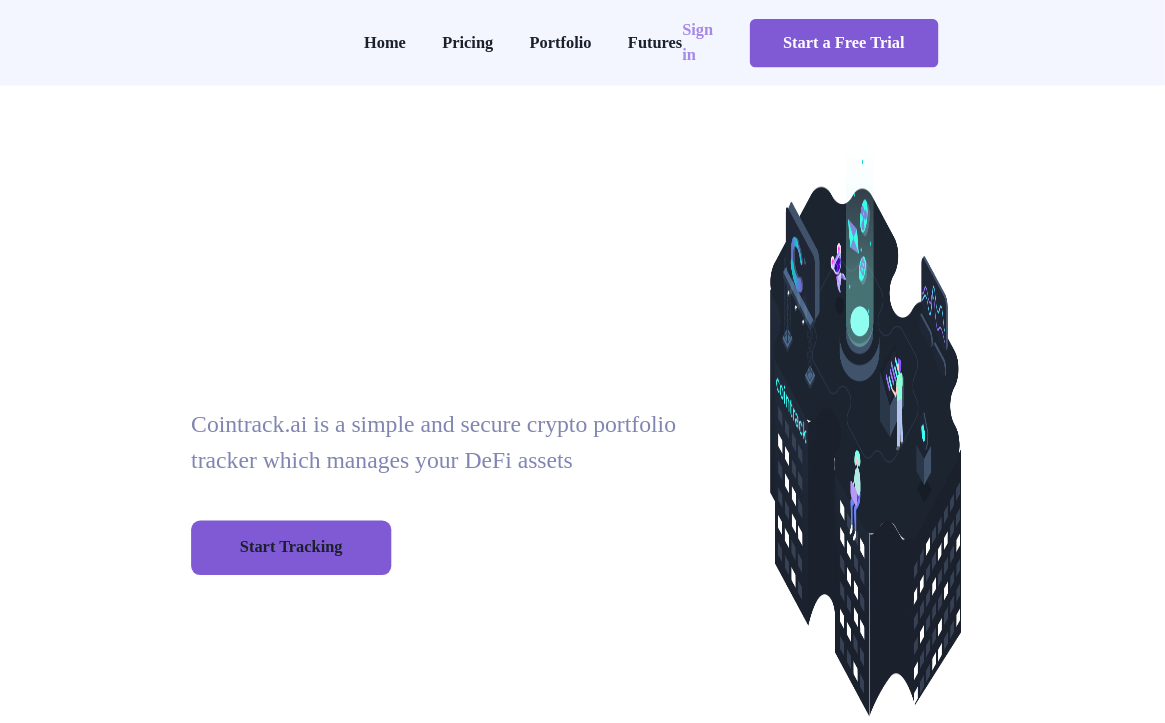
Repository: lilit9898/Cointrack
Page: /
The author's editor kept a copy of each file at every save. The page is drawn from the files as they stood at one save, then again after a run of saves.
The browser window is 1280 px wide. The pictures show the whole page, at 91% of full size.
The page's requests for data from a server got no answer. The project was rebuilt for these pictures with package versions that can differ from the ones it lists, and the page was loaded fresh each time. No one was signed in, and anything a server would have sent is missing.

Above is the page before, as saved 2022-10-04 18:26:47.

### src/index.tsx
import React from 'react';
import ReactDOM from 'react-dom/client';
import './index.css';
import App from './root/App';
import reportWebVitals from './reportWebVitals';
import theme from './theme/theme';
import { Provider } from 'react-redux';
import store from './store/store';

const root = ReactDOM.createRoot(
  document.getElementById('root') as HTMLElement,
);
root.render(
  <Provider store={store}>
    <App />
  </Provider>,
);

// If you want to start measuring performance in your app, pass a function
// to log results (for example: reportWebVitals(console.log))
// or send to an analytics endpoint. Learn more: https://bit.ly/CRA-vitals
reportWebVitals();

### src/index.css
body {
  margin: 0;
  font-family: -apple-system, BlinkMacSystemFont, 'Segoe UI', 'Roboto', 'Oxygen',
    'Ubuntu', 'Cantarell', 'Fira Sans', 'Droid Sans', 'Helvetica Neue',
    sans-serif;
  -webkit-font-smoothing: antialiased;
  -moz-osx-font-smoothing: grayscale;
}

code {
  font-family: source-code-pro, Menlo, Monaco, Consolas, 'Courier New',
    monospace;
}
* {
  box-sizing: border-box;
  padding: 0;
  margin: 0;
}

body {
  background-color: #1a202c;
}

### src/root/App.tsx
import {
  Box,
  ChakraProvider,
  color,
  ColorModeScript,
  useColorMode,
} from '@chakra-ui/react';
import theme from '../theme/theme';
import HomePage from '../pages/HomePage';

function App() {
  const { colorMode, toggleColorMode } = useColorMode();
  return (
    <ChakraProvider>
      <ColorModeScript initialColorMode={theme.colorConfig.initialColorMode} />
      <Box className="App">
        <HomePage />
      </Box>
    </ChakraProvider>
  );
}

export default App;

### src/store/store.ts
import { configureStore, Store } from '@reduxjs/toolkit';
import CoinCardSlice from '../store/coinSlices';
import type { TypedUseSelectorHook } from 'react-redux';
import { useDispatch, useSelector } from 'react-redux';

const store = configureStore({
  reducer: {
    coincard: CoinCardSlice,
  },
});

type AppDispatch = typeof store.dispatch;
export const useAppSelector: TypedUseSelectorHook<RootState> = useSelector;
type RootState = ReturnType<typeof store.getState>;
export const useAppDispatch: () => AppDispatch = useDispatch;

export default store;

### src/theme/theme.ts
import { extendTheme, type ThemeConfig } from '@chakra-ui/react';

const colorConfig = {
  initialColorMode: 'dark',
  useSystemColorMode: false,
};

const theme = extendTheme({ colorConfig });

export default theme;

### src/pages/HomePage.tsx
import { Box } from "@chakra-ui/react"
import Home from "../components/Home/Home"
import MainLayout from "../hoc/MainLayout"
import Wrapper from "../hoc/Wrapper"

const HomePage = () => {
  return (
    <MainLayout>
      <Home />
    </MainLayout>
  )
}

export default HomePage

### src/store/coinSlices.ts
import { createAsyncThunk, createSlice } from '@reduxjs/toolkit';
import axios from '../config/axios.config';
import { ICoinInfo } from '../types/interfaces';

interface ICoinState {
  coinInfo: ICoinInfo[];
}

const initialState: ICoinState = {
  coinInfo: [],
};

export const getCoinInfo = createAsyncThunk<ICoinInfo[], number>(
  'coincard/getCoinInfo',
  async (page) => {
    let response = await axios.get('/coins/markets', {
      params: {
        vs_currency: 'usd',
        order: 'market_cap_desc',
        per_page: 4,
        page,
        sparkline: true,
      },
    });
    console.log(response);
    return response.data;
  },
);

const CoinCardSlice = createSlice({
  name: 'coincard',
  initialState,
  reducers: {},
  extraReducers: (builder) => {
    builder.addCase(getCoinInfo.fulfilled, (state, action) => {
      state.coinInfo = action.payload;
    });
  },
});

const { reducer } = CoinCardSlice;
export default reducer;

### src/components/Home/Home.tsx
import * as Sections from "./Sections"

const Home = () => {
  return (
    <>
      <Sections.CoinCharts />
    </>
  )
}

export default Home

### src/hoc/MainLayout.tsx
import { Box, BoxProps, Center } from '@chakra-ui/react';
import React, { Children, FC } from 'react';
import { useSelector } from 'react-redux';
import AppHeader from '../components/AppHeader/AppHeader';

const MainLayout: React.FC<BoxProps> = ({ children, ...style }) => {

  return (
    <Box>
      <AppHeader />
      {children}
      {/* <AppFooter /> */}
    </Box>
  );
};

export default MainLayout

### src/config/axios.config.ts
import axios from 'axios';

const baseURL = process.env.REACT_APP_BASE_URL || '';

const instance = axios.create({
  baseURL,
});

export default instance;

### src/components/Home/Sections/index.ts
export { default as CoinCharts } from "./CoinCharts/CoinCharts"

### src/components/AppHeader/AppHeader.tsx
import {
  Box,
  Button,
  Center,
  Flex,
  Image,
  Text,
  useColorMode,
  useColorModeValue,
} from '@chakra-ui/react';
import CustomButton from '../../hoc/CustomButton';
import Logo from './Logo/Logo';

const AppHeader = () => {
  const { colorMode, toggleColorMode } = useColorMode();
  const bg = useColorModeValue(' #F4F6FF', '#212834');
  return (
    <Flex p="20px 210px" gap="190px" bg={bg}>
      <Logo />
      <Flex w="100%" justifyContent="space-between">
        <Flex
          gap="40px"
          fontWeight="800"
          fontSize="18px"
          lineHeight="27px"
          fontFamily="Axiforma"
        >
          <Center>
            <Text cursor="pointer">Home</Text>
          </Center>
          <Center>
            <Text cursor="pointer">Pricing</Text>
          </Center>
          <Center>
            <Text cursor="pointer">Portfolio</Text>
          </Center>
          <Center>
            <Text cursor="pointer">Futures</Text>
          </Center>
        </Flex>
        <Flex
          gap="40px"
          fontWeight="800"
          fontSize="18px"
          lineHeight="27px"
          fontFamily="Axiforma"
        >
          <Center color="#A588E7">
            <Text cursor="pointer">Sign in</Text>
          </Center>
          <Center>
            <CustomButton
              w="207px"
              h="53px"
              bg="#805AD5"
              color=" #FFFFFF"
              fontWeight="600"
              fontSize="18px"
              lineHeight="27px"
              fontFamily="Axiforma"
              cursor="pointer"
              _hover={{
                bgColor: '#805AD5',
                opacity: 0.85,
              }}
            >
              Start a Free Trial
            </CustomButton>
          </Center>
          <Center>
            <Image
              src="/images/light-mode-icon.svg"
              alt="Cointrack"
              cursor="pointer"
              onClick={toggleColorMode}
            ></Image>
          </Center>
        </Flex>
      </Flex>
    </Flex>
  );
};

export default AppHeader;

### src/components/Home/Sections/CoinCharts/CoinCharts.tsx
import { Box, Image, Text } from '@chakra-ui/react';
import { useDispatch } from 'react-redux';
import Wrapper from '../../../../hoc/Wrapper';
import DescriptionText from './DescriptionText';
import store from '../../../../store/store';
import { useAppSelector } from '../../../../store/store';
import { useEffect } from 'react';
import { getCoinInfo } from '../../../../store/coinSlices';

const CoinCharts = () => {
  const { coinInfo } = useAppSelector((state) => state.coincard);
  const dispatch = useDispatch<typeof store.dispatch>();

  useEffect(() => {
    dispatch(getCoinInfo(1));
  }, []);
  console.log(coinInfo);
  return (
    <Wrapper w="100%" h="700px" p="33px 210px">
      <DescriptionText />
      <Box>
        <Image
          src="/images/cityPic.png"
          alt="cityPic"
          w="806px"
          h="665px"
        ></Image>
      </Box>
      <Box>
        {coinInfo.map((item) => {
          return (
            <Box>
              <Image src={item.image} />
              <Box>
                <Box>
                  <Text>{item.name}</Text>
                  <Text>{item.current_price}</Text>
                </Box>
                <Box>
                  <Text>{item.market_cap_change_percentage_24h}</Text>
                  <Text>{item.market_cap_change_24h}</Text>
                </Box>
                <Text>Last 24 hours</Text>
              </Box>
            </Box>
          );
        })}
      </Box>
    </Wrapper>
  );
};

export default CoinCharts;

### src/hoc/CustomButton.tsx
import { Box, ButtonProps, Center, Button } from '@chakra-ui/react';
import React, { Children, FC } from 'react';

const CustomButton: React.FC<ButtonProps> = ({ children, ...style }) => {
  return <Button {...style}>{children}</Button>;
};

export default CustomButton;

### src/components/AppHeader/Logo/Logo.tsx
import { Center, Image } from "@chakra-ui/react"

const Logo = () => {
  return (
    <Center>
        <Image
          src="/images/logo.svg"
          alt="Cointrack"
          w="162px"
          h="44.5px"
        ></Image>
      </Center>
  )
}

export default Logo

### src/hoc/Wrapper.tsx
import { Box, BoxProps, Center } from '@chakra-ui/react';
import React, { Children, FC } from 'react';

const Wrapper: React.FC<BoxProps> = ({ children, ...style }) => {
  return (
    <Box {...style}>
      <Center>{children}</Center>
    </Box>
  );
};

export default Wrapper;

### src/components/Home/Sections/CoinCharts/DescriptionText.jsx
import { Box, Text } from '@chakra-ui/react';
import React from 'react';
import CustomButton from '../../../../hoc/CustomButton';
import Button from '../../../../hoc/CustomButton';

function DescriptionText() {
  return (
    <Box gap="21px">
      <Box w="610px">
        <Text
          fontFamily="Axiforma"
          fontWeight="500"
          fontSize="46px"
          lineHeight="69px"
          color="white"
        >
          Track your cryptocurrency assets from one place
        </Text>
      </Box>
      <Box w="610px" mt="21px">
        <Text
          fontFamily="Axiforma"
          fontWeight="400"
          fontSize="26px"
          lineHeight="39px"
          color="#8085B1"
        >
          Cointrack.ai is a simple and secure crypto portfolio tracker which
          manages your DeFi assets
        </Text>
      </Box>
      <Box mt="47px">
        <CustomButton
          w="220px"
          h="60px"
          borderRadius="10px"
          bg="#805AD5"
          _hover={{
            bgColor: '#805AD5',
            opacity: 0.85,
          }}
          fontWeight="600"
          fontSize="18px"
          lineHeight="27px"
          fontFamily="Axiforma"
          cursor="pointer"
        >
          Start Tracking
        </CustomButton>
      </Box>
    </Box>
  );
}

export default DescriptionText;

Loaded but not shown: public/index.html (common file); src/reportWebVitals.ts (common file)

After the next 3 saves:
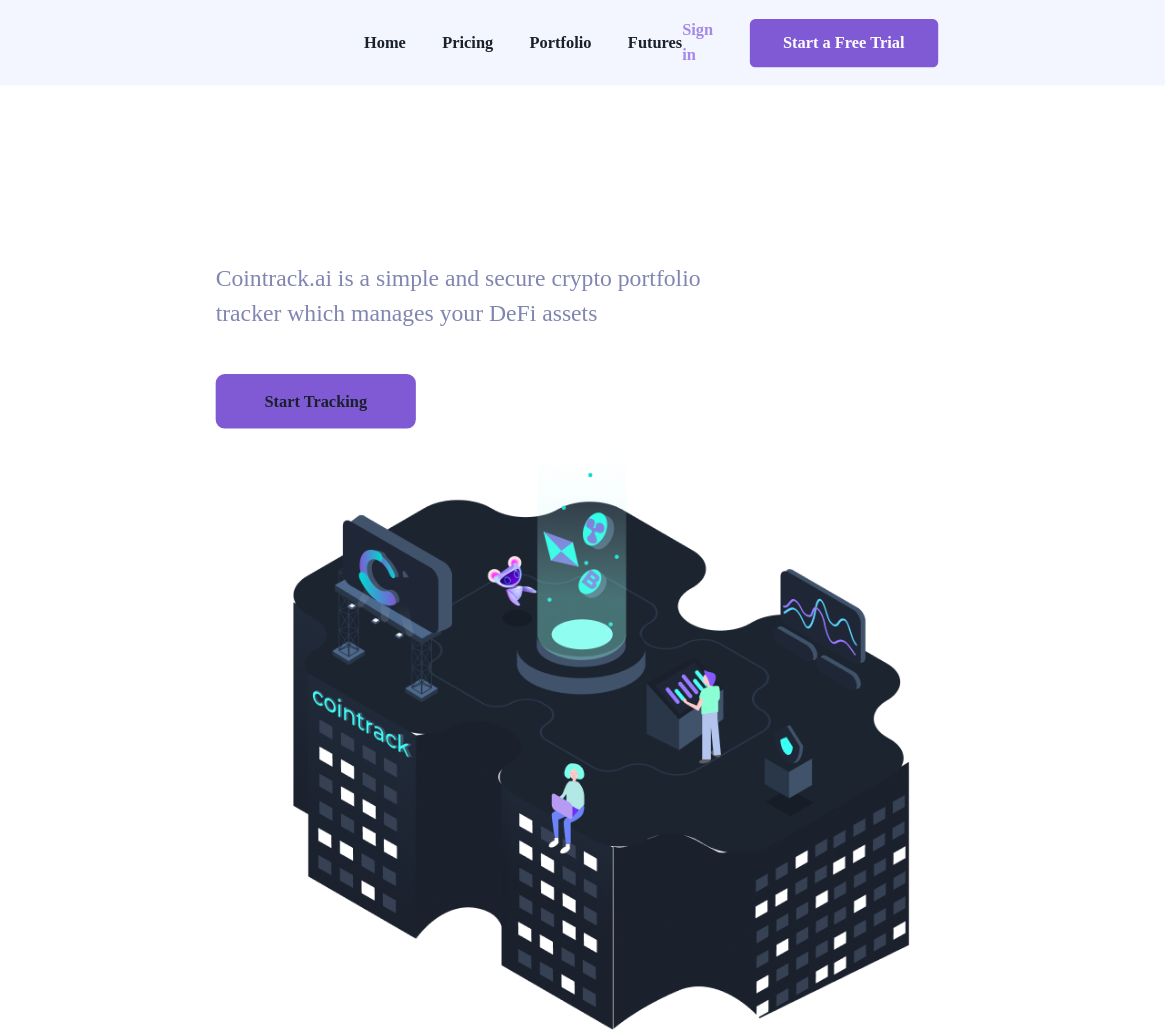
The 3 saves are shown as one change because they came seconds apart.
The last was saved 118 s later.
--- a/src/components/Home/Sections/CoinCharts/CoinCharts.tsx
+++ b/src/components/Home/Sections/CoinCharts/CoinCharts.tsx
@@ -17,14 +17,16 @@
   console.log(coinInfo);
   return (
     <Wrapper w="100%" h="700px" p="33px 210px">
-      <DescriptionText />
       <Box>
-        <Image
-          src="/images/cityPic.png"
-          alt="cityPic"
-          w="806px"
-          h="665px"
-        ></Image>
+        <DescriptionText />
+        <Box>
+          <Image
+            src="/images/cityPic.png"
+            alt="cityPic"
+            w="806px"
+            h="665px"
+          ></Image>
+        </Box>
       </Box>
       <Box>
         {coinInfo.map((item) => {
